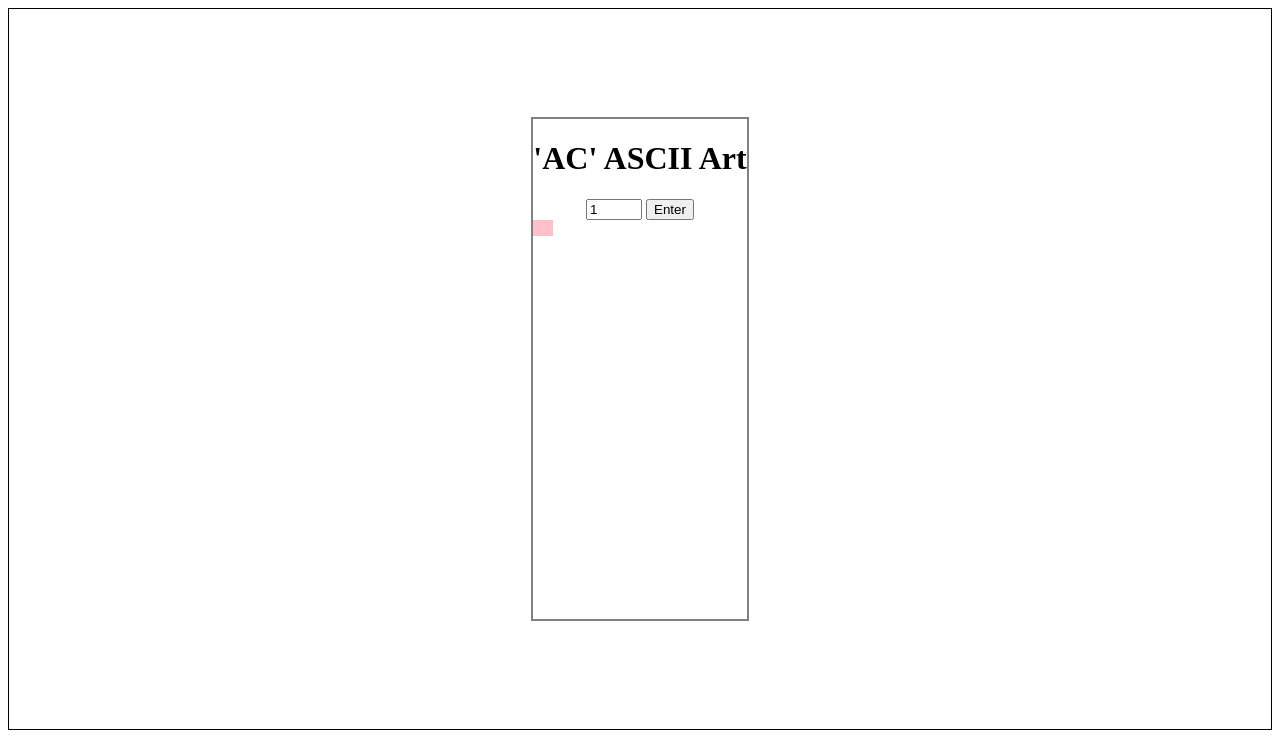
Repository: Achorn/ascii-art
Page: index.html
An editor plug-in stored every save of this project. The page is shown before and after the next save, followed by the edit.
The browser window is 1280 px wide. The pictures show the whole page.

Above is the page before, as saved 2021-08-09 18:48:56.

### index.html
<!DOCTYPE html>
<html lang="en">
  <head>
    <link rel="stylesheet" href="styles.css" />
    <meta charset="UTF-8" />
    <meta http-equiv="X-UA-Compatible" content="IE=edge" />
    <meta name="viewport" content="width=device-width, initial-scale=1.0" />
    <title>Document</title>
  </head>
  <body>
    <form>
      <h1>'AC' ASCII Art</h1>
      <input type="number" min="1" value="1" max="10" />
      <button>Enter</button>
      <div id="ascii-container">
        <div id="a-container">
          <p id="mono-a" style="font-family: 'Lucida Console', monospace"></p>
        </div>
        <div id="c-container">
          <p id="mono-c" style="font-family: 'Lucida Console', monospace"></p>
        </div>
      </div>
    </form>
    <script type="text/javascript" src="myscripts.js"></script>
  </body>
</html>

### styles.css
body {
  border: 1px solid black;
  display: flex;
  flex-direction: column;
  justify-content: center;
  align-items: center;
  height: 100vh;
}

form {
  border: 2px solid grey;
  height: 500px;
  /* width: 400px; */
  text-align: center;
}

#ascii-container {
  display: flex;
}

#a-container {
  background-color: pink;
}
#c-container {
  background-color: pink;
}
#mono-a {
  /* font-size: 25.5vw; */

  white-space: pre;
}
#mono-c {
  white-space: pre;
}

### myscripts.js
let oneA = ["A"];
let twoA = [
  [" ", "A", " "],
  ["A", " ", "A"],
];
let threeA = [
  [" ", " ", "A", " ", " "],
  ["", "A", "A", "A", ""],
  ["A", "", "", "", "A"],
];

let four = [
  [" ", " ", " ", "A"],
  [" ", " ", "A", " "],
  [" ", "A", "A", "A"],
  ["A", " ", " ", " "],
];

let eight = [
  [" ", " ", " ", " ", " ", " ", " ", "A"],
  [" ", " ", " ", " ", " ", " ", "A", "A"],
  [" ", " ", " ", " ", " ", "A", "A", " "],
  [" ", " ", " ", " ", "A", "A", "A", "A"],
  [" ", " ", " ", "A", "A", "A", "A", "A"],
  [" ", " ", "A", "A", " ", " ", " ", " "],
  [" ", "A", "A", " ", " ", " ", " ", " "],
  ["A", "A", " ", " ", " ", " ", " ", " "],
];

function scaleSpread(array, factor) {
  const scaled = [];

  for (const row of array) {
    let x = [];

    for (const item of row) x.push(...Array(factor).fill(item));

    scaled.push(...Array(factor).fill(x));
  }

  return scaled;
}

function arrToString(arr) {
  let string = "";
  for (let i = 0; i < arr.length; i++) {
    string += arr[i].join("") + "<br>";
  }
  return string;
}

function halfArrToString(arr) {
  let string = "";
  for (let i = 0; i < arr.length; i++) {
    string += arr[i].join("");
    let rev = arr[i].slice();
    string += rev.reverse().join("");
    string += "<br>";
  }
  return string;
}
function trimA(arr, lWidth) {
  for (i = 0; i < arr.length; i++) {
    let disp = lWidth - (i % lWidth) - 1;
    let newArr = arr[i].slice();
    for (let j = 0; j < disp; j++) {
      newArr.pop();
      newArr.unshift(" ");
    }
    arr[i] = newArr;
  }
}

let monoA = document.getElementById("mono-a");
let monoC = document.getElementById("mono-c");
let scale = 104;
let scaledFour = scaleSpread(four, scale);
trimA(scaledFour, scale);

let scaledEight = scaleSpread(eight, 5);
trimA(scaledEight, 4);
// mono.innerHTML = halfArrToString(scaleSpread(four, 7));
monoA.style.fontSize = `${5 / scale}px`;
// monoC.style.fontSize = `${4 / scale}em`;
monoA.innerHTML = halfArrToString(scaledFour);
// monoC.innerHTML = arrToString(scaledEight);
// mono.innerHTML += arrToString(scaleSpread(eight, 1));

After the next save:
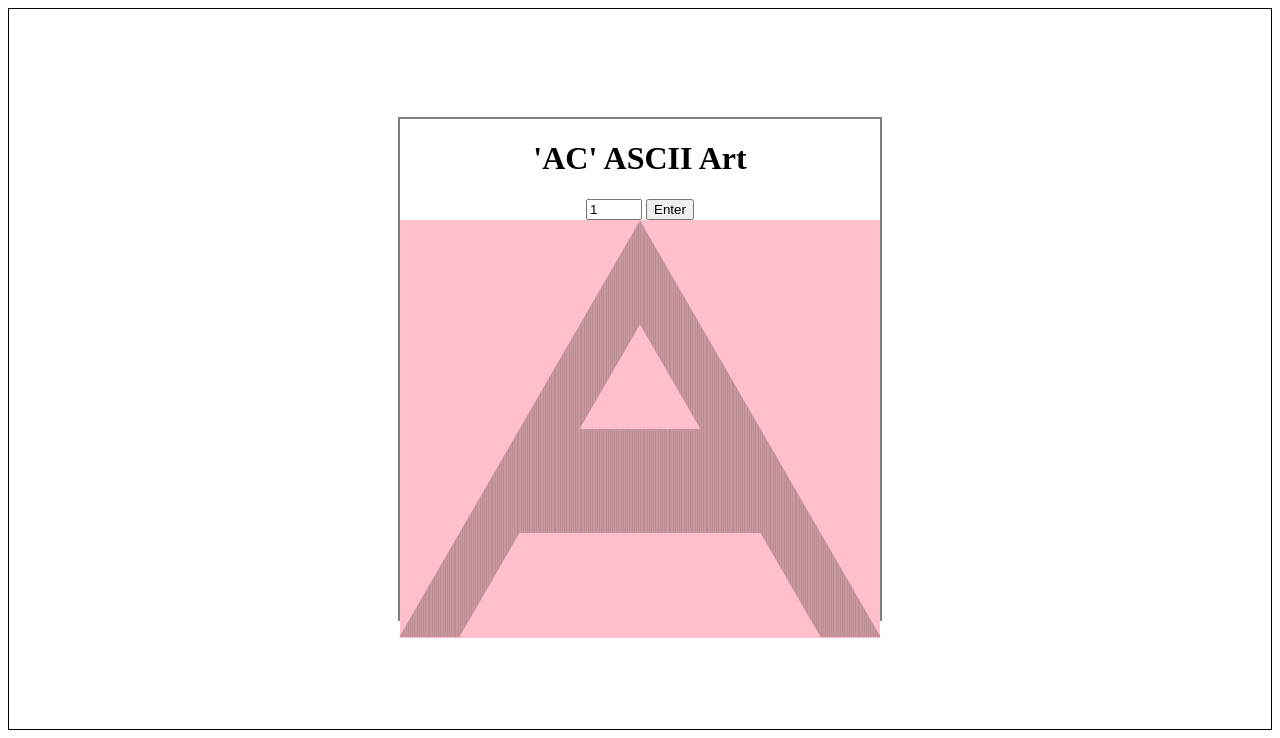
Saved 11 s later.
--- a/myscripts.js
+++ b/myscripts.js
@@ -80,7 +80,7 @@ trimA(scaledFour, scale);
 let scaledEight = scaleSpread(eight, 5);
 trimA(scaledEight, 4);
 // mono.innerHTML = halfArrToString(scaleSpread(four, 7));
-monoA.style.fontSize = `${5 / scale}px`;
+monoA.style.fontSize = `${100 / scale}px`;
 // monoC.style.fontSize = `${4 / scale}em`;
 monoA.innerHTML = halfArrToString(scaledFour);
 // monoC.innerHTML = arrToString(scaledEight);
